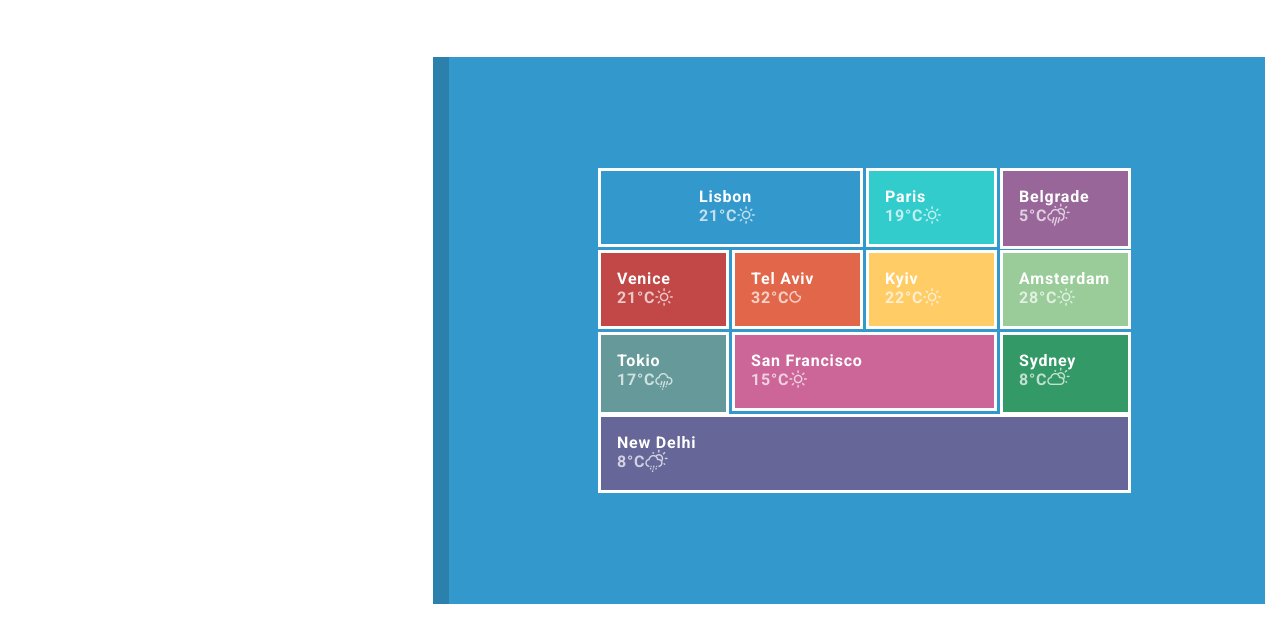
Repository: shpakovskaya/github.io
Page: boxsizing/weatherforecast/index.html
The author's editor kept a copy of each file at every save. The page is drawn from the files as they stood at one save, then again after the next save.
The browser window is 1280 px wide. The pictures show the whole page.

Above is the page before, as saved 2021-11-27 23:42:28.

### boxsizing/weatherforecast/index.html
<!DOCTYPE html>
<html lang="en">
  <head>
    <meta charset="UTF-8" />
    <meta http-equiv="X-UA-Compatible" content="IE=edge" />
    <meta name="viewport" content="width=device-width, initial-scale=1.0" />
    <link
      rel="stylesheet"
      href="https://cdnjs.cloudflare.com/ajax/libs/normalize/8.0.1/normalize.min.css"
      integrity="sha512-NhSC1YmyruXifcj/KFRWoC561YpHpc5Jtzgvbuzx5VozKpWvQ+4nXhPdFgmx8xqexRcpAglTj9sIBWINXa8x5w=="
      crossorigin="anonymous"
      referrerpolicy="no-referrer"
    />
    <link
      rel="stylesheet"
      href="./icons/weather-icons-master/css/weather-icons.min.css"
    />
    <link rel="stylesheet" href="./style.css" />

    <link
      rel="shortcut icon"
      href="./premium-icon-satellite-6129641.ico"
      type="image/x-icon"
    />
    <link rel="preconnect" href="https://fonts.googleapis.com" />
    <link rel="preconnect" href="https://fonts.gstatic.com" crossorigin />
    <link
      href="https://fonts.googleapis.com/css2?family=PT+Sans&family=Roboto:wght@700&display=swap"
      rel="stylesheet"
    />
    <title>Weatherforecast</title>
  </head>
  <body>
    <div class="conteiner">
      <!-- Main content -->
      <div class="items__wrapper">
        <ul class="c-items__wrapper">
          <li class="e-item__1">
            Lisbon <br /><span>21&degC<i class="wi wi-day-sunny"></i></span>
          </li>
          <li class="e-item__2">
            Paris <br /><span>19&degC<i class="wi wi-day-sunny"></i></span>
          </li>
          <li class="e-item__3">
            Belgrade <br /><span>5&degC<i class="wi wi-day-rain"></i></span>
          </li>
          <li class="e-item__4">
            Venice <br /><span>21&degC<i class="wi wi-day-sunny"></i></span>
          </li>
          <li class="e-item__5">
            Tel Aviv <br /><span>32&degC<i class="wi wi-night-clear"></i></span>
          </li>
          <li class="e-item__6">
            Kyiv <br /><span>22&degC<i class="wi wi-day-sunny"></i> </span>
          </li>
          <li class="e-item__7">
            Amsterdam <br /><span>28&degC<i class="wi wi-day-sunny"></i></span>
          </li>
          <li class="e-item__8">
            Tokio <br /><span>17&degC<i class="wi wi-hail"></i></span>
          </li>
          <li class="e-item__9">
            San Francisco <br /><span
              >15&degC<i class="wi wi-day-sunny"></i
            ></span>
          </li>
          <li class="e-item__10">
            Sydney <br /><span>8&degC<i class="wi wi-day-cloudy"></i> </span>
          </li>
          <li class="e-item__11">
            New Delhi <br /><span>8&degC<i class="wi wi-day-sleet"></i></span>
          </li>
        </ul>
      </div>
    </div>
  </body>
</html>

### boxsizing/weatherforecast/style.css
* {
  box-sizing: border-box;
  margin: 0;
  padding: 0;
}

.conteiner {
  width: 832px;
  height: 547px;
  position: relative;
  top: 57px;
  left: 433px;
  border: 16px solid #2b81ac;
  background-color: #3399cc;
  border-top: 14px;
  border-right: 17px;
  border-bottom: 13px;
}

.items__wrapper {
  /* position: absolute;
  width: 539px;
  height: 331px;
  left: 140px;
  top: 100px;
  border: 3px solid #ffffff; */
  transition: all 0.1s ease-in;
  color: #ffffff;
}

li {
  list-style: none;
  padding: 16px;
  font-size: 16px;
  font-family: "Roboto", sans-serif;
  line-height: 19px;
  letter-spacing: 0.05em;
}

span {
  opacity: 0.7;
}

.c-items__wrapper {
  display: inline-block;
  font-size: 0px;
}

.e-item__1 {
  position: absolute;
  padding-left: 98px;
  width: 265px;
  height: 79px;
  left: 149px;
  top: 111px;
  border: 3px solid #ffffff;
  /* display: inline-flex; */
  /* justify-content: center; */
}

.e-item__2 {
  position: absolute;

  width: 131px;
  height: 79px;
  left: 417px;
  top: 111px;
  border: 3px solid #ffffff;
  background: #33cccc;
}

.e-item__3 {
  position: absolute;
  width: 131px;
  height: 81px;
  left: 551px;
  top: 111px;
  background: #996699;
  border: 3px solid #ffffff;
}

.e-item__4 {
  position: absolute;
  width: 131px;
  height: 79px;
  left: 149px;
  top: 193px;
  background: #c24747;
  border: 3px solid #ffffff;
}

.e-item__5 {
  position: absolute;
  width: 131px;
  height: 79px;
  left: 283px;
  top: 193px;
  background: #e2674a;
  border: 3px solid #ffffff;
}

.e-item__6 {
  position: absolute;
  width: 131px;
  height: 79px;
  left: 417px;
  top: 193px;
  background: #ffcc66;
  border: 3px solid #ffffff;
}

.e-item__7 {
  position: absolute;
  width: 131px;
  height: 79px;
  left: 551px;
  top: 193px;
  background: #99cc99;
  border: 3px solid #ffffff;
}

.e-item__8 {
  position: absolute;
  width: 131px;
  height: 83px;
  left: 149px;
  top: 275px;
  background: #669999;
  border: 3px solid #ffffff;
}

.e-item__9 {
  position: absolute;
  width: 265px;
  height: 79px;
  left: 283px;
  top: 275px;
  background: #cc6699;
  border: 3px solid #ffffff;
}

.e-item__10 {
  position: absolute;
  width: 131px;
  height: 83px;
  left: 551px;
  top: 275px;
  background: #339966;
  border: 3px solid #ffffff;
}

.e-item__11 {
  position: absolute;
  width: 533px;
  height: 79px;
  left: 149px;
  top: 357px;
  background: #666699;
  border: 3px solid #ffffff;
}

Loaded but not shown: boxsizing/weatherforecast/icons/weather-icons-master/css/weather-icons.min.css (library)

After the next save:
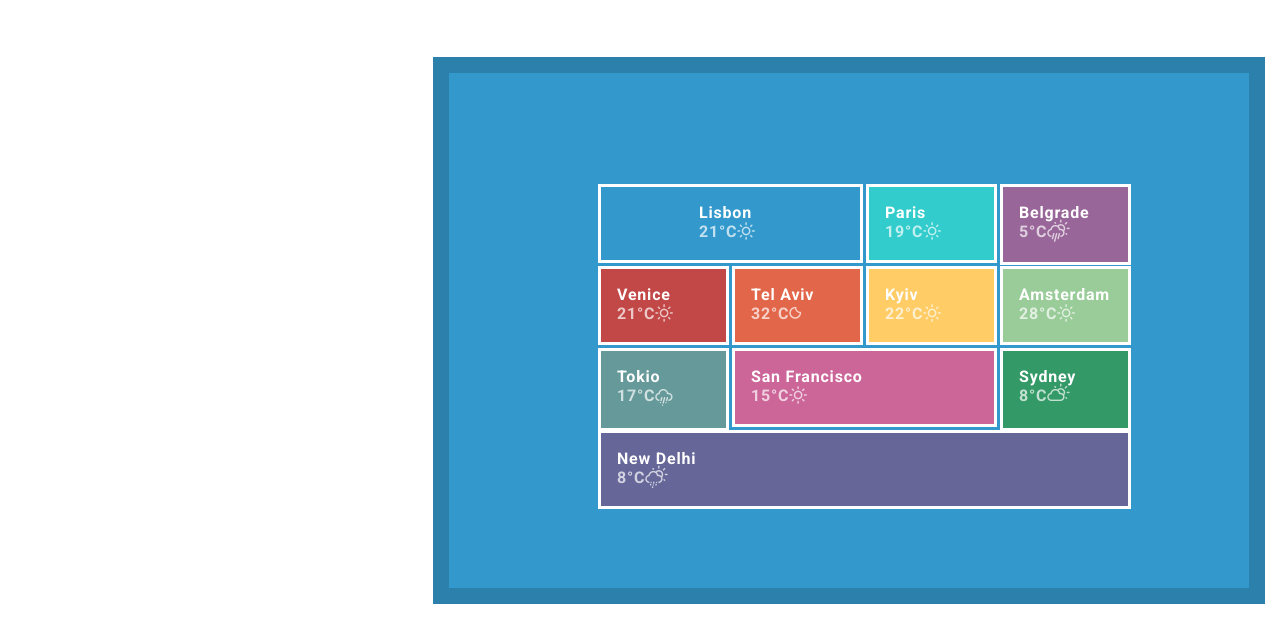
Saved 24 s later.
--- a/boxsizing/weatherforecast/style.css
+++ b/boxsizing/weatherforecast/style.css
@@ -12,9 +12,6 @@
   left: 433px;
   border: 16px solid #2b81ac;
   background-color: #3399cc;
-  border-top: 14px;
-  border-right: 17px;
-  border-bottom: 13px;
 }
 
 .items__wrapper {
